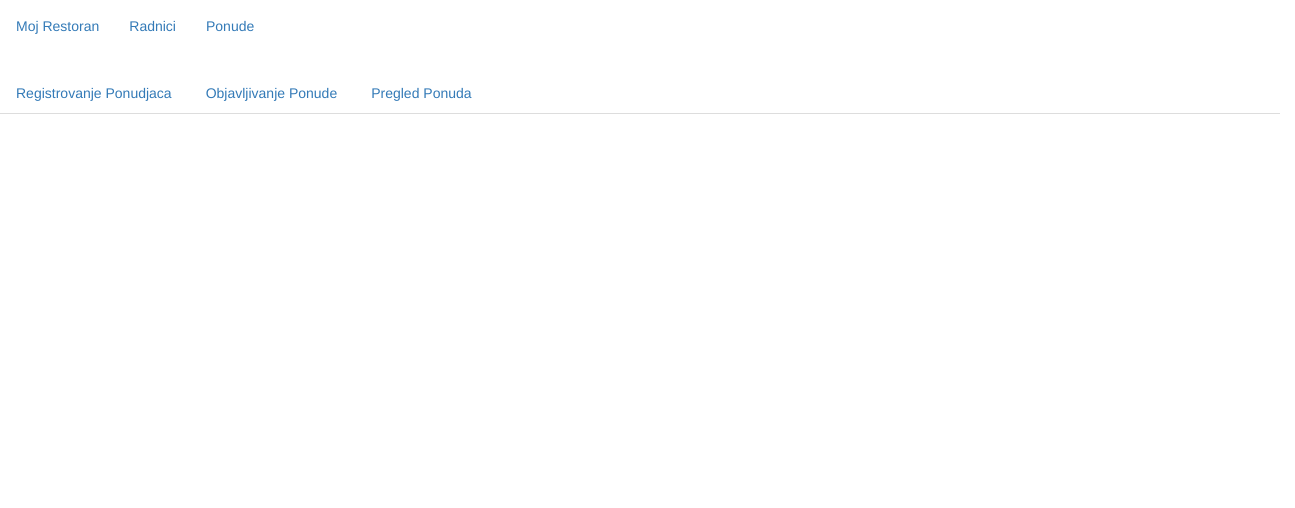
Repository: milanadam94/ISA-2016
Page: jpa-example/src/main/webapp/RestaurantManager/RestaurantManagerOfferers.html
These files come from the project's save history. The page is drawn as it stood at one moment and after the next save; the edit follows.
The browser window is 1280 px wide. The page is 1280 px wide, then 1295 px, then 1280 px, so the pictures cover 1295 px, including what lies to the right of the window. The pictures show the whole page.
Some web libraries are served in a nearby version.

Above is the page before, as saved 2017-02-25 23:12:03.

After the next save:
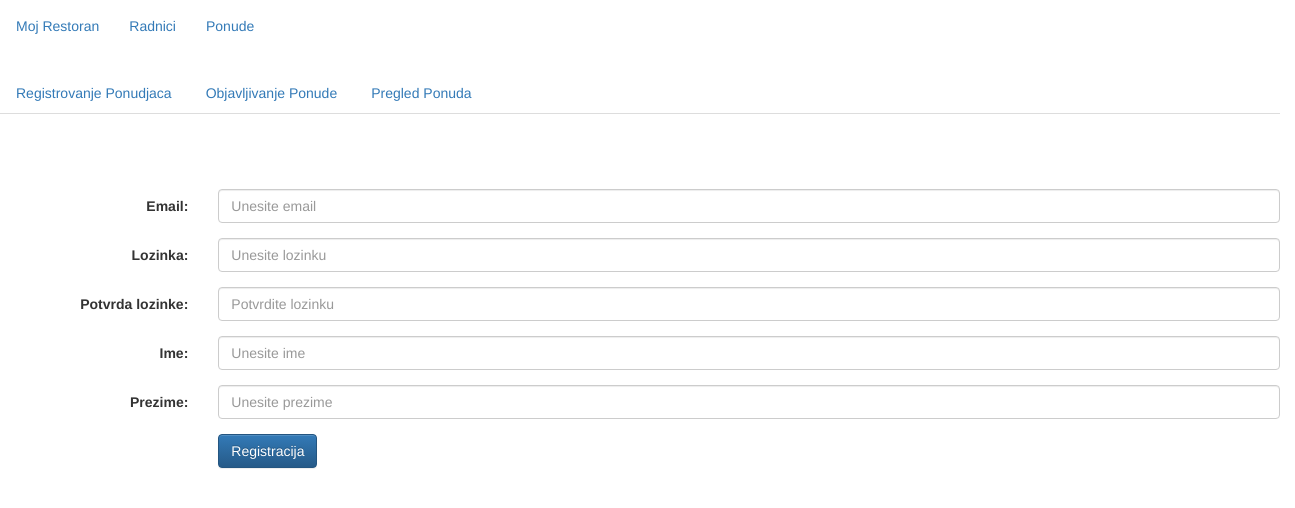
Saved 2 min 52 s later.
--- a/jpa-example/src/main/webapp/RestaurantManager/RestaurantManagerOfferers.js
+++ b/jpa-example/src/main/webapp/RestaurantManager/RestaurantManagerOfferers.js
@@ -28,7 +28,7 @@
 		$scope.objavljivanjeShow = objavljivanjeShow;
 		$scope.pregledShow = pregledShow;
 	}
-	setShows(false,false,false);
+	setShows(true,false,false);
 
 	$scope.error = false;
 	$scope.errorMessage = "";

After the save that followed:
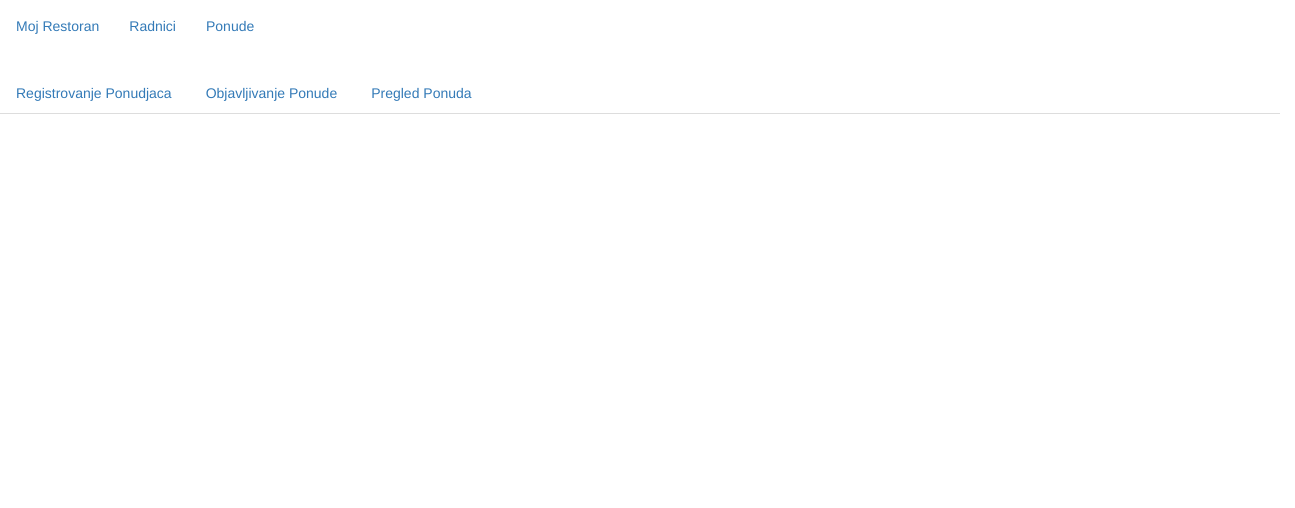
Saved 17 s later.
--- a/jpa-example/src/main/webapp/RestaurantManager/RestaurantManagerOfferers.js
+++ b/jpa-example/src/main/webapp/RestaurantManager/RestaurantManagerOfferers.js
@@ -28,7 +28,7 @@
 		$scope.objavljivanjeShow = objavljivanjeShow;
 		$scope.pregledShow = pregledShow;
 	}
-	setShows(true,false,false);
+	setShows(false,false,false);
 
 	$scope.error = false;
 	$scope.errorMessage = "";
